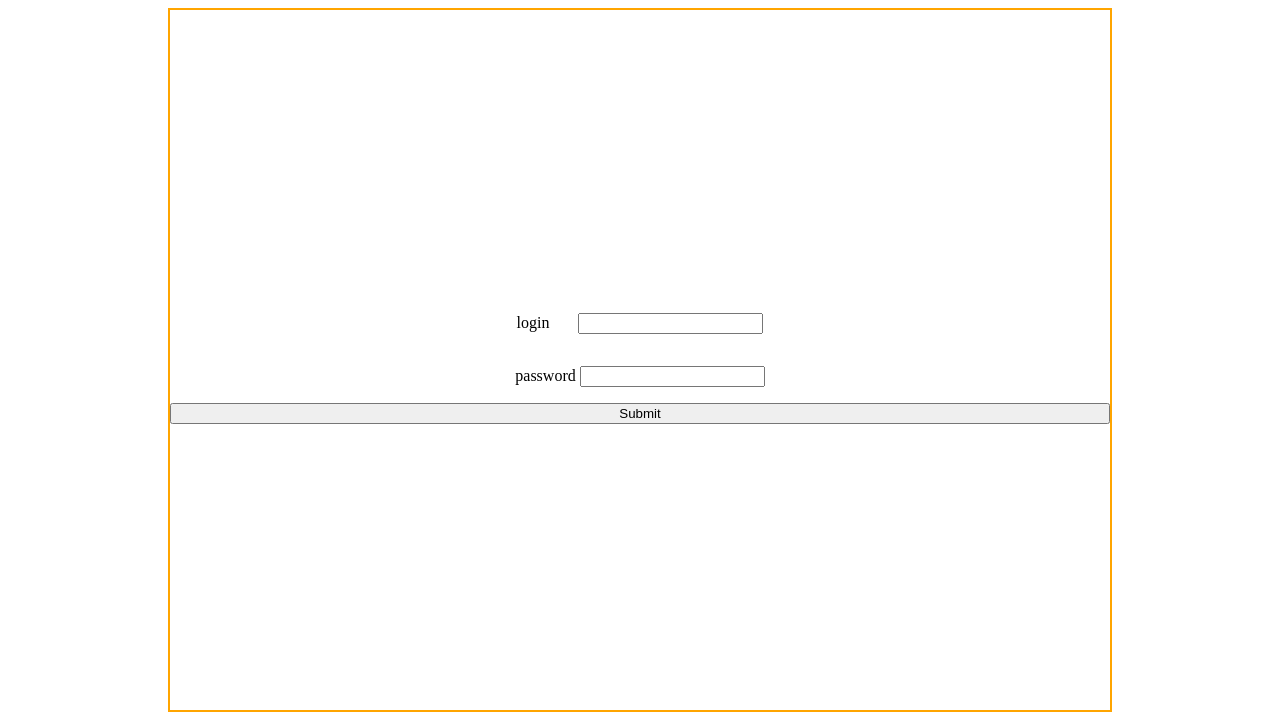
Repository: AndreyMykulych/javascript
Page: 11/index.html
The author's editor kept a copy of each file at every save. The page is drawn from the files as they stood at one save, then again after the next save.
The browser window is 1280 px wide. The pictures show the whole page.

Above is the page before, as saved 2023-04-27 22:45:42.

### 11/index.html
<!DOCTYPE html>
<html lang="en">
<head>
    <meta charset="UTF-8">
    <meta http-equiv="X-UA-Compatible" content="IE=edge">
    <meta name="viewport" content="width=device-width, initial-scale=1.0">
    <title>Document</title>
</head>
<script src="one.js"></script>
<style>
     .auth{
         display: flex;
         flex-direction: column;
         justify-content: center;
        width: 58.75rem;
        height: 43.75rem;
        margin: 0 auto;
        border: 2px solid orange;
    }
    .passPar,.loginPar{
        text-align: center;
    }
    .pizzaForm{
        display: none;
        width: 58.75rem;
        height: 43.75rem;
        margin: 0 auto;
        border: 2px solid orange;
    }

</style>
<body>
    <form class="auth" disabled="">
      <p class="loginPar">
        <label style="margin-right:25px" for="login">login</label>
        <input type="text" id="login">
      </p>

       <p class="passPar">
              <label for="password">password</label>
               <input type="password" id="password">
       </p>
       <button style='' class="submit">Submit</button>
    </form>
    <form class="pizzaForm">

    </form>
</body>
</html>

### 11/one.js
window.onload = () => {
    let formElLoggin = document.querySelector('.auth');
    let formElPizza = document.querySelector('.pizzaForm');

    formElLoggin.onsubmit = (e) => {
        let login = document.querySelector("#login")
        let password = document.querySelector("#password")

        let isValid = true;

        if (login.value.length === 0) {
            isValid=false
           login.style.backgroundColor='red'
        }
        if (password.value.length === 0) {
            login.style.backgroundColor ='red'
        }
        console.log(login.value.length)
    }
}

After the next save:
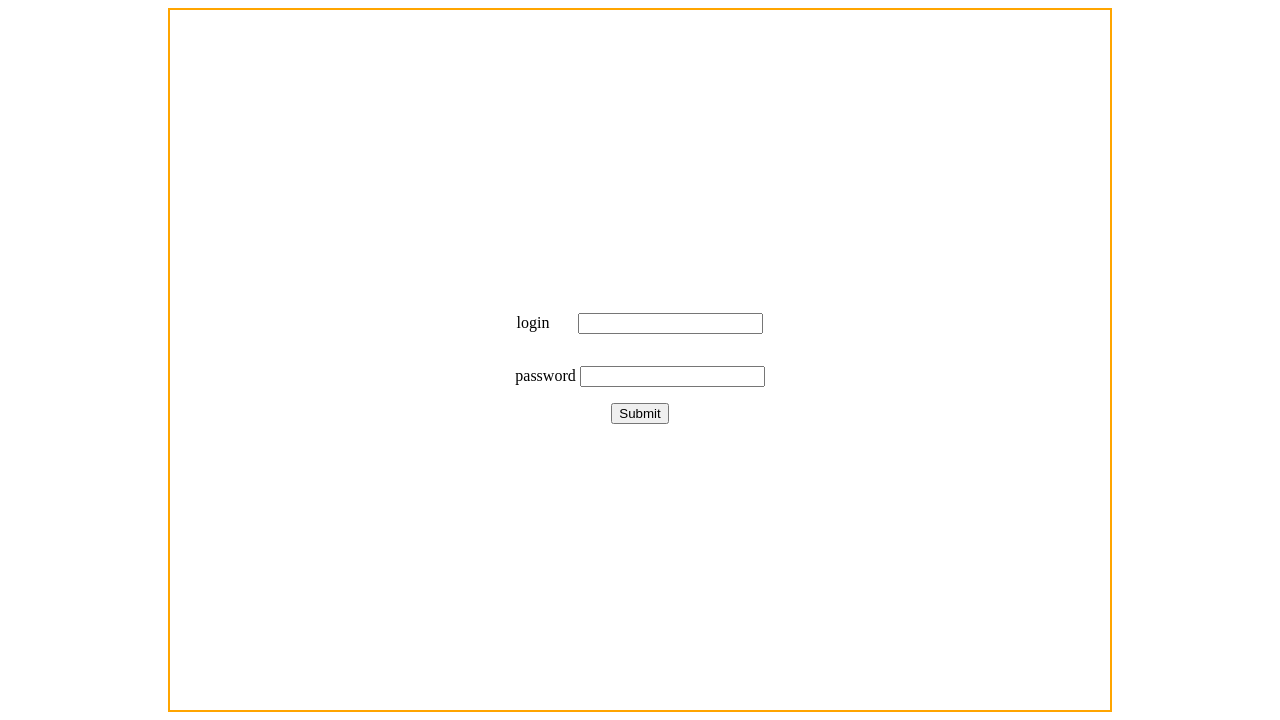
Saved 96 s later.
--- a/11/index.html
+++ b/11/index.html
@@ -40,7 +40,7 @@
               <label for="password">password</label>
                <input type="password" id="password">
        </p>
-       <button style='' class="submit">Submit</button>
+       <button style='width: fit-content; margin: 0 auto;' class="submit">Submit</button>
     </form>
     <form class="pizzaForm">
 
